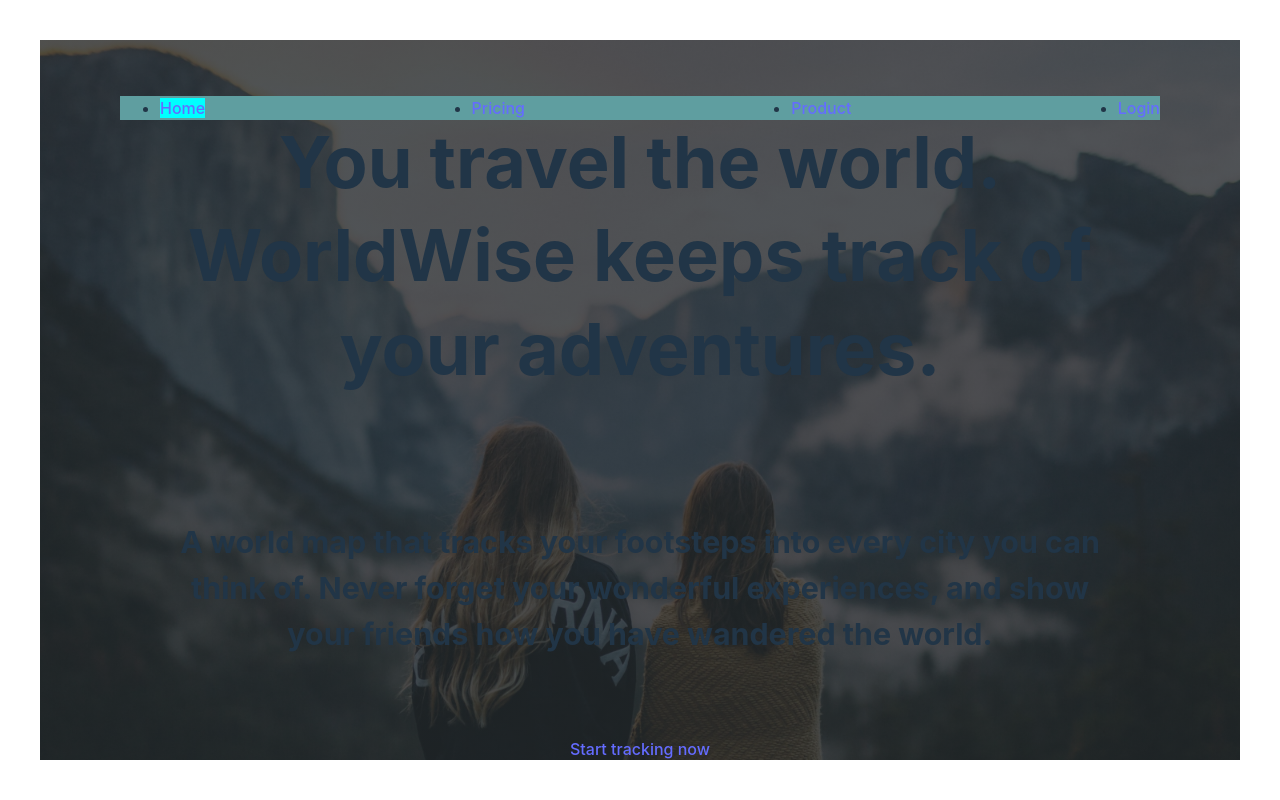
Repository: pmcalmeida/worldwise
Page: /
The author's editor kept a copy of each file at every save. The page is drawn from the files as they stood at one save, then again after the next save.
The browser window is 1280 px wide. The pictures show the whole page.
The project was rebuilt for these pictures with package versions that can differ from the ones it lists, and the page was loaded fresh each time. Also part of the build but not shown: vite.config.js, src/pages/Product.jsx, src/pages/Pricing.jsx, src/pages/PageNotFound.jsx. Imported but missing from the stored project, and not drawn on this page: src/pages/AppLayout.

Above is the page before, as saved 2024-07-18 16:37:36.

After the next save:
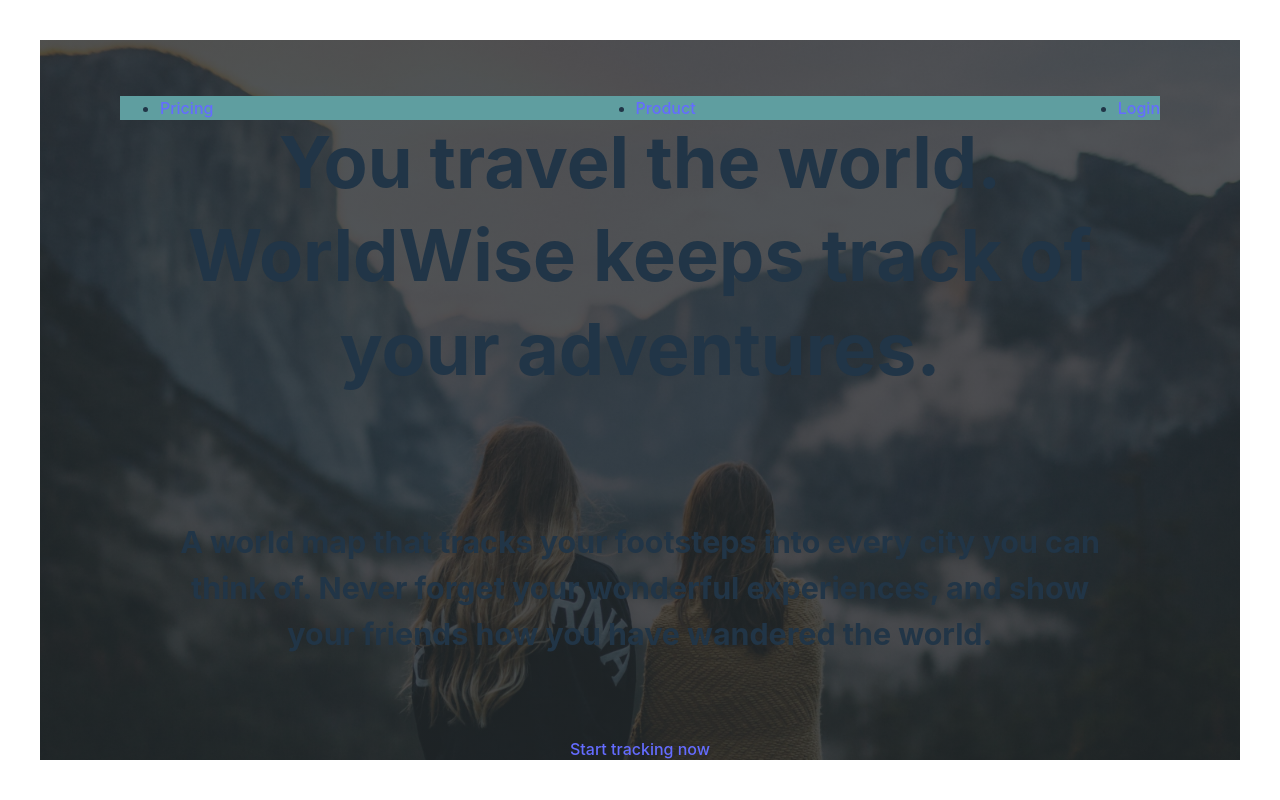
Saved 12 s later.
--- a/src/components/PageNav.jsx
+++ b/src/components/PageNav.jsx
@@ -5,9 +5,6 @@ function PageNav() {
   return (
     <nav>
       <ul className={styles.nav}>
-        <li>
-          <NavLink to='/'>Home</NavLink>
-        </li>
         <li>
           <NavLink to='/pricing'>Pricing</NavLink>
         </li>
